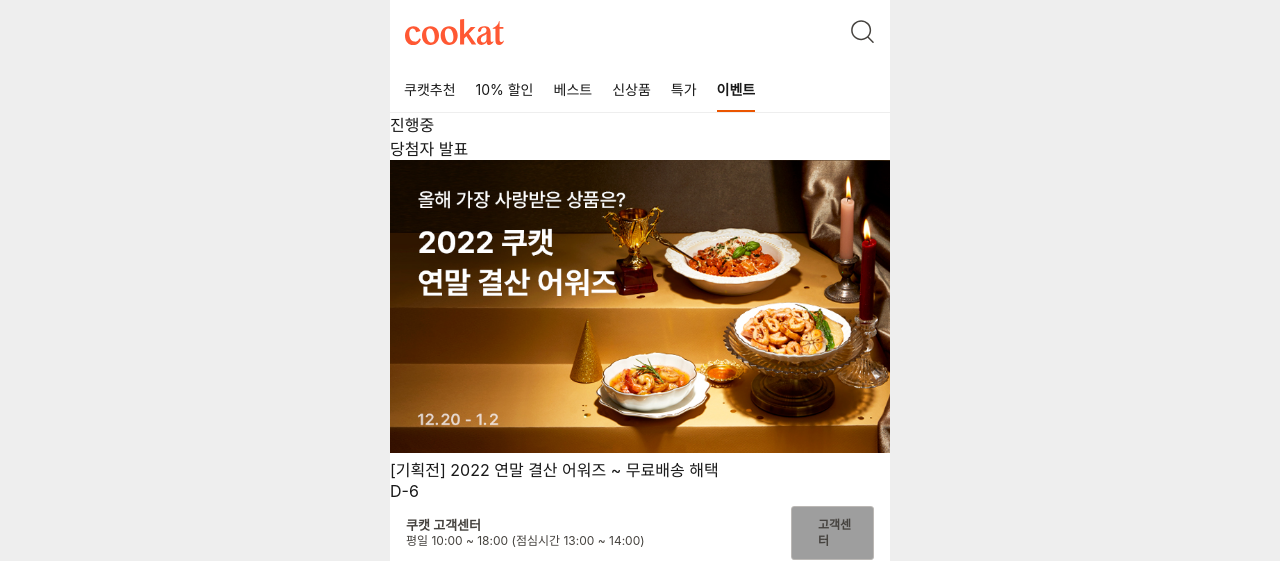
Repository: CooKat/Cookat
Page: event.html
An editor plug-in stored every save of this project. The page is shown before and after the next save, followed by the edit.
The browser window is 1280 px wide. The pictures show the part of the page from y = 0 to 561 px (the page is 1350 px tall before and 1692 px after).
Pictures or frames that could not be fetched are drawn as grey boxes. A picture or video elsewhere on the page could not be fetched, so the positions and the page height are approximate. Some web fonts or font styles are not loaded; a fallback is used.

Above is the page before, as saved 2022-12-27 20:31:28.
Not found: js/ex1.js

After the next save:
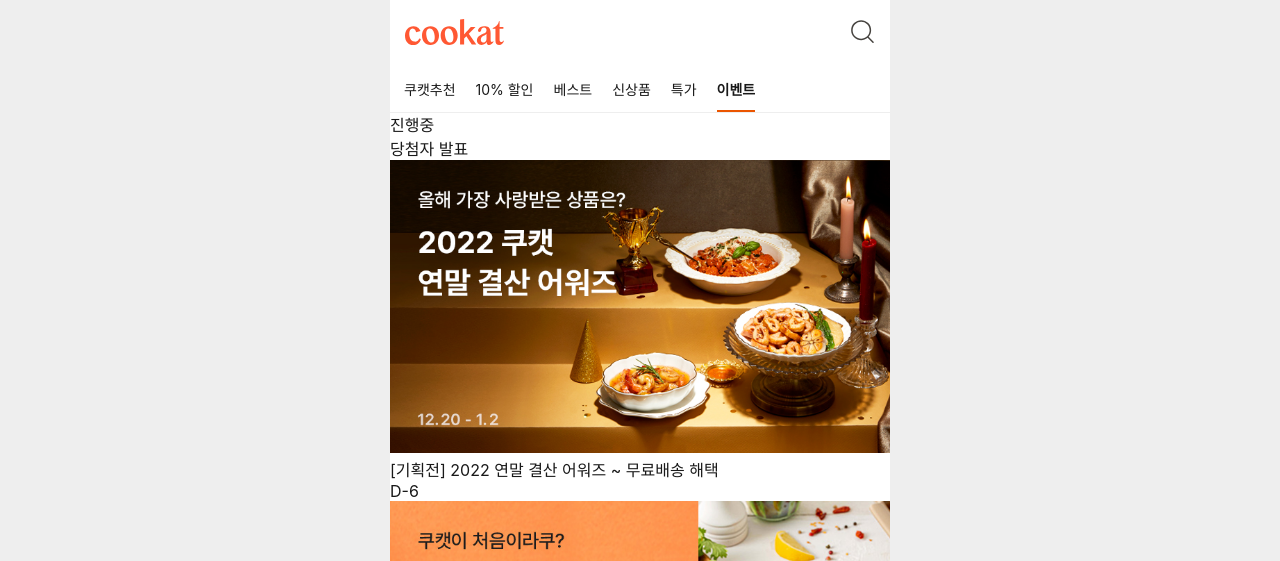
Saved 39 s later.
--- a/event.html
+++ b/event.html
@@ -49,14 +49,24 @@
 
       <main class="main">
         <section class="event">
+          <!-- 진행중(6) 당첨자 발표 -->
           <div class="event-ing">
             <h2 class="event-ing-title">진행중</h2>
             <p>당첨자 발표</p>
           </div>
 
+          <!-- 행사 아이템들 -->
           <div class="item-list">
             <div class="item-list-item">
               <img src="./images/event1.jpg">
+              <h2 class="item-list-title">[기획전] 2022 연말 결산 어워즈 ~ 무료배송 해택</h2>
+              <span class="coupon">D-6</span>
+            </div>
+          </div>
+
+          <div class="item-list">
+            <div class="item-list-item">
+              <img src="./images/event2.jpg">
               <h2 class="item-list-title">[기획전] 2022 연말 결산 어워즈 ~ 무료배송 해택</h2>
               <span class="coupon">D-6</span>
             </div>
